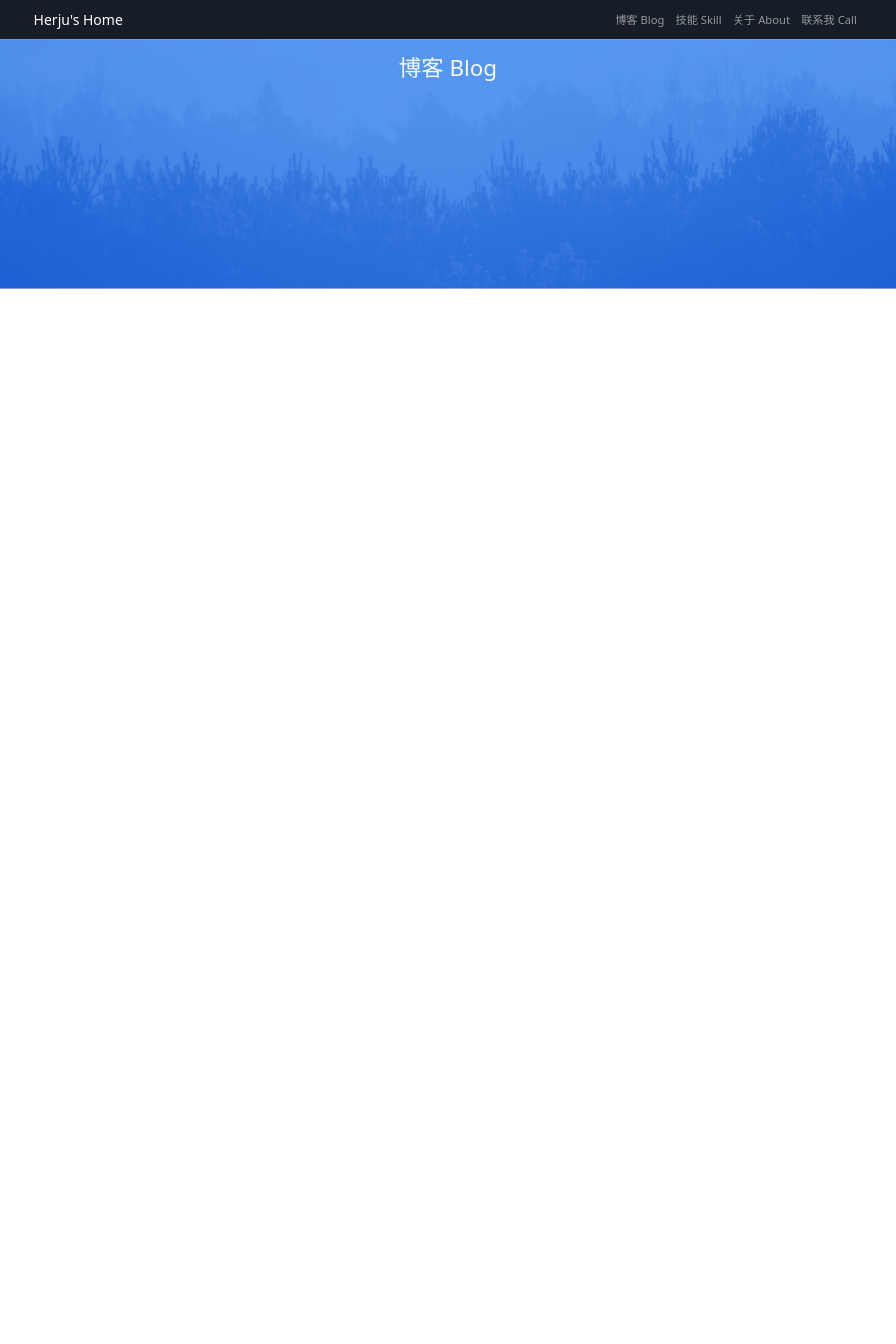
Repository: herjuandlonely/github.io
Page: index-blog.html
An editor plug-in stored every save of this project. The page is shown before and after the next save, followed by the edit.
The browser window is 1280 px wide. The pictures show the part of the page from y = 0 to 1920 px (the page is 3000 px tall), at 70% of full size.
Backgrounds fixed to the window are drawn as part of the page.

Above is the page before, as saved 2022-06-29 18:13:51.

After the next save:
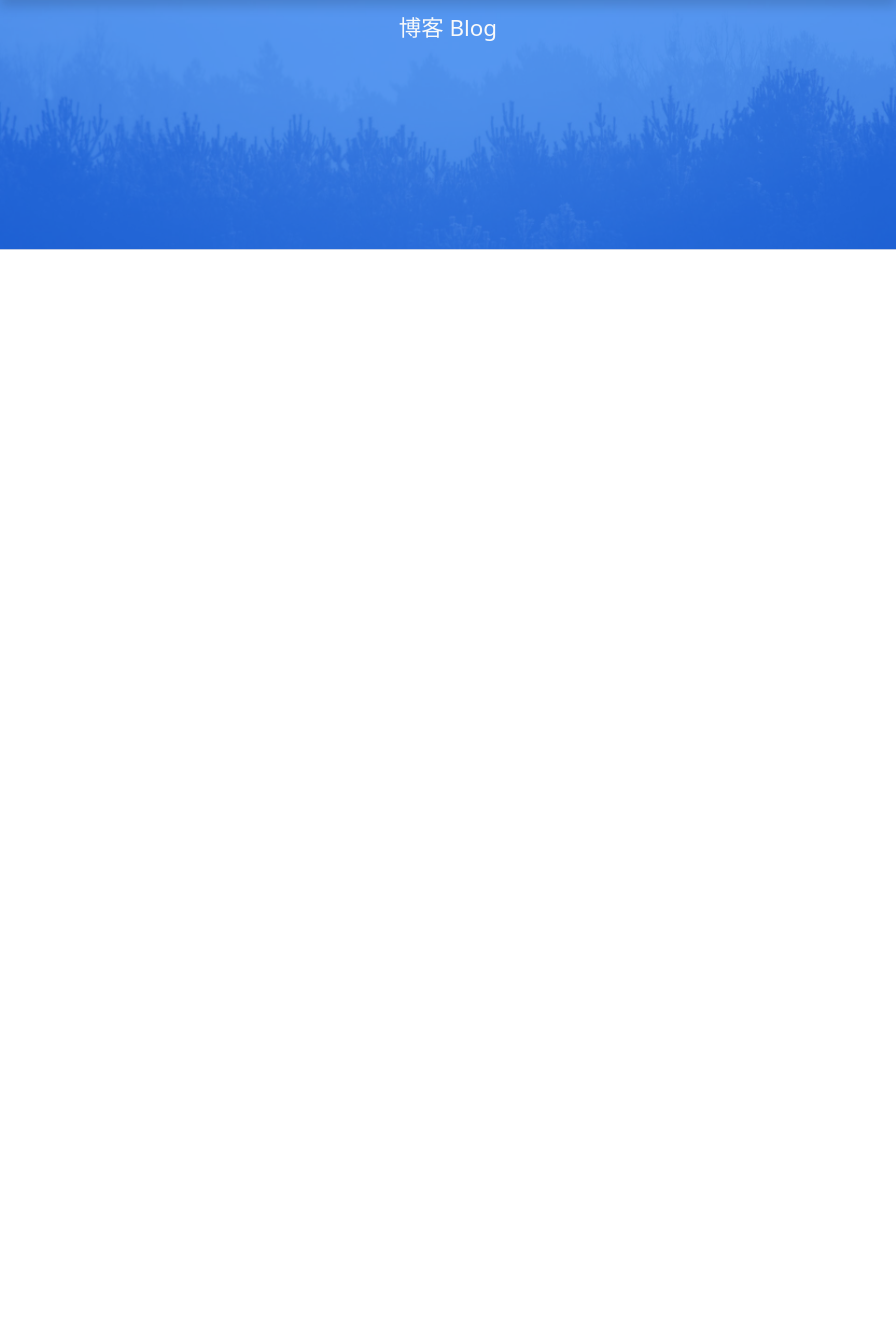
Saved 31 s later.
--- a/CSS/index-blog.css
+++ b/CSS/index-blog.css
@@ -1,3 +1,13 @@
+.navbarControl{
+    transition: .3s;
+    position: fixed;
+    top: 0;
+    left: 0;
+    z-index: 999;
+}
+.navbarControl.showAndHide{
+    top: -56px;
+}
 .navbarControl a{
     cursor: pointer;
 }
